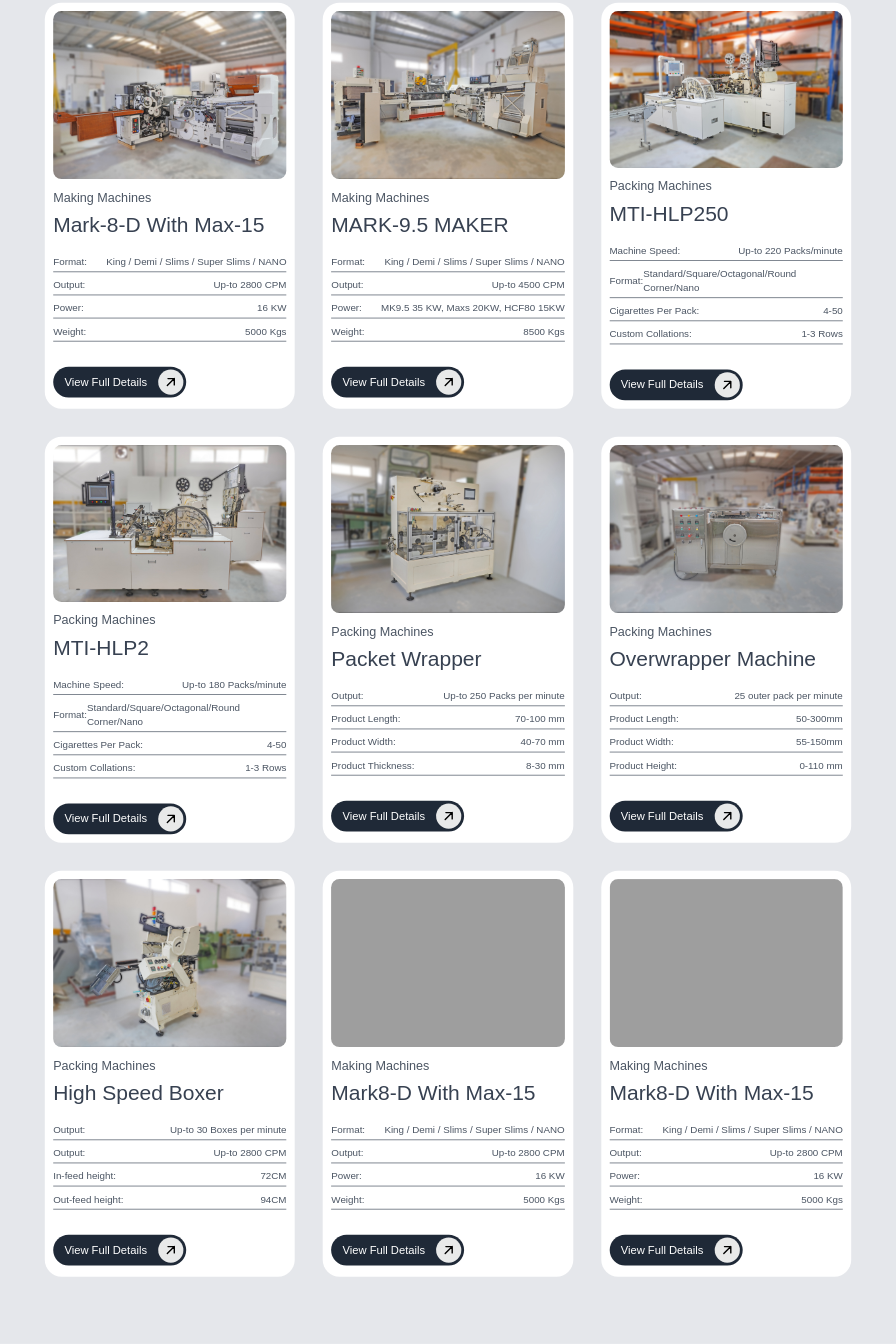
Repository: vespersolutionspk18/microtexwebsite
Page: /
An editor plug-in stored every save of this project. The page is shown before and after the next save, followed by the edit.
The browser window is 1280 px wide. The pictures show the part of the page from y = 2327 to 4247 px (the page is 4247 px tall), at 70% of full size.
Pictures or frames that could not be fetched are drawn as grey boxes. Some web fonts or font styles are not loaded; a fallback is used. The project was rebuilt for these pictures with package versions that can differ from the ones it lists, and the page was loaded fresh each time. The framework's server and built-in components were replaced by stand-ins that run in the browser. Also part of the build but not shown: next.config.mjs.

Above is the page before, as saved 2024-11-18 23:40:19.

### app/page.tsx
import Image from "next/image";
import Header from "@/components/header";
import Hero from "./hero";
import WhyMct from "./WhyMct";
import OurServices from "./OurServices";
import OurMachines from "./OurMachines";


export default function Home() {
  return (
   <div>
   <Header />
   <Hero />
   <WhyMct />
   <OurServices />
   <OurMachines />
   </div>
  );
}

### app/OurServices.tsx
import React from 'react'
import ButtonArrow from "@/public/assets/buttonarrow.svg";
import ButtonArrowwhite from "@/public/assets/buttonarrowwhite.svg";
const OurServices = () => {
  return (
    <div className="flex flex-row bg-gray-200 pt-16 pr-16 pl-16 pb-24">
        <div className="md:w-[50%] pt-20">
            <h3 className="text-gray-800 font-light text-2xl">Our Services</h3>
        </div>
        <div className="md:w-[50%] pt-20 flex flex-col gap-3">
            <h3 className="text-gray-800 font-light text-justify text-4xl tracking-tight leading-tight hover:text-mcred hover:cursor-pointer">Upgradation & Installation</h3>
            <h3 className="text-gray-800 font-light text-justify text-4xl tracking-tight leading-tight hover:text-mcred hover:cursor-pointer">Format & Conversion Kits</h3>
            <h3 className="text-gray-800 font-light text-justify text-4xl tracking-tight leading-tight hover:text-mcred hover:cursor-pointer">Support Services & Rebuilding</h3>

        </div>
    </div>
  )
}

export default OurServices

### app/OurMachines.tsx
import { Separator } from '@/components/ui/separator'
import React from 'react'
import ButtonArrow from "@/public/assets/buttonarrow.svg";

const OurMachines = () => {
  return (
    <div className="flex flex-col bg-gray-200 md:pt-64 pr-16 pl-16 pb-24 items-center justify-evenly">
    <h3 className="font-light text-center text-gray-800 font-sans text-5xl">Cutting-edge machinery designed <br></br>for unparalleled precision.</h3>
    <div className="flex flex-row mt-16 gap-10 items-center justify-evenly w-full">
    <div className="h-[580px] w-1/3 bg-white rounded-3xl flex flex-col p-3">
    <div className="rounded-[12px] h-[240px] bg-cover bg-center" style={{backgroundImage: `url('/assets/mark8.jpeg')`}}>

    </div>
    <h4 className=" text-lg text-gray-600 text-left pt-3">Making Machines</h4>
    <h3 className="text-3xl text-gray-700 text-left pt-2 pb-6">Mark-8-D With Max-15</h3>
    <div className="flex flex-row items-center justify-between ">
        <h5 className="text-gray-600 text-sm font">Format:</h5>
        <h5 className="text-gray-600 text-sm font-light"> King / Demi / Slims / Super Slims / NANO</h5>
    </div>
    <Separator className="bg-gray-600 mt-1 mb-2" />
    <div className="flex flex-row items-center justify-between ">
        <h5 className="text-gray-600 text-sm font">Output:</h5>
        <h5 className="text-gray-600 text-sm font-light">Up-to 2800 CPM</h5>
    </div>
    <Separator className="bg-gray-600 mt-1 mb-2" />
    <div className="flex flex-row items-center justify-between ">
        <h5 className="text-gray-600 text-sm font">Power:</h5>
        <h5 className="text-gray-600 text-sm font-light">16 KW</h5>
    </div>
    <Separator className="bg-gray-600 mt-1 mb-2" />
    <div className="flex flex-row items-center justify-between ">
        <h5 className="text-gray-600 text-sm font">Weight:</h5>
        <h5 className="text-gray-600 text-sm font-light">5000 Kgs</h5>
    </div>
    <Separator className="bg-gray-600 mt-1 mb-2" />
    <div id="button"
  className="group mt-7 bg-gray-800 h-[44px] flex-row  text-white text-[16px] py-1 px-1 font-light rounded-full hidden md:flex items-center justify-between w-[190px] transition-width duration-500 ease-in-out  hover:w-[215px] hover:bg-mcred"

>
  <div className="mx-3">View Full Details</div>
  <div className="bg-[#E8E9E9] rounded-full h-[36px] w-[36px] flex items-center justify-center transition-transform duration-500 ease-in-out group-hover:rotate-45">
    <ButtonArrow className="h-[24px] w-[24px]" />
  </div>
                </div>

    </div>
    <div className="h-[580px] w-1/3 bg-white rounded-3xl flex flex-col p-3">
    <div className="rounded-[12px] h-[240px] bg-cover bg-center" style={{backgroundImage: `url('/assets/mark9.jpeg')`}}>

    </div>
    <h4 className=" text-lg text-gray-600 text-left pt-3">Making Machines</h4>
    <h3 className="text-3xl text-gray-700 text-left pt-2 pb-6">MARK-9.5 MAKER</h3>
    <div className="flex flex-row items-center justify-between ">
        <h5 className="text-gray-600 text-sm font">Format:</h5>
        <h5 className="text-gray-600 text-sm font-light">King / Demi / Slims / Super Slims / NANO</h5>
    </div>
    <Separator className="bg-gray-600 mt-1 mb-2" />
    <div className="flex flex-row items-center justify-between ">
        <h5 className="text-gray-600 text-sm font">Output:</h5>
        <h5 className="text-gray-600 text-sm font-light">Up-to 4500 CPM</h5>
    </div>
    <Separator className="bg-gray-600 mt-1 mb-2" />
    <div className="flex flex-row items-center justify-between ">
        <h5 className="text-gray-600 text-sm font">Power:</h5>
        <h5 className="text-gray-600 text-sm font-light">MK9.5 35 KW, Maxs 20KW, HCF80 15KW</h5>
    </div>
    <Separator className="bg-gray-600 mt-1 mb-2" />
    <div className="flex flex-row items-center justify-between ">
        <h5 className="text-gray-600 text-sm font">Weight:</h5>
        <h5 className="text-gray-600 text-sm font-light">8500 Kgs</h5>
    </div>
    <Separator className="bg-gray-600 mt-1 mb-2" />
    <div id="button"
  className="group mt-7 bg-gray-800 h-[44px] flex-row  text-white text-[16px] py-1 px-1 font-light rounded-full hidden md:flex items-center justify-between w-[190px] transition-width duration-500 ease-in-out  hover:w-[215px] hover:bg-mcred"

>
  <div className="mx-3">View Full Details</div>
  <div className="bg-[#E8E9E9] rounded-full h-[36px] w-[36px] flex items-center justify-center transition-transform duration-500 ease-in-out group-hover:rotate-45">
    <ButtonArrow className="h-[24px] w-[24px]" />
  </div>
                </div>

    </div>
    <div className="h-[580px] w-1/3 bg-white rounded-3xl flex flex-col p-3">
    <div className="rounded-[12px] h-[240px] bg-cover bg-center" style={{backgroundImage: `url('/assets/hlp250.jpeg')`}}>

    </div>
    <h4 className=" text-lg text-gray-600 text-left pt-3">Packing Machines</h4>
    <h3 className="text-3xl text-gray-700 text-left pt-2 pb-6">MTI-HLP250</h3>
    <div className="flex flex-row items-center justify-between ">
        <h5 className="text-gray-600 text-sm font">Machine Speed:</h5>
        <h5 className="text-gray-600 text-sm font-light">Up-to 220 Packs/minute</h5>
    </div>
    <Separator className="bg-gray-600 mt-1 mb-2" />
    <div className="flex flex-row items-center justify-between ">
        <h5 className="text-gray-600 text-sm font">Format:</h5>
        <h5 className="text-gray-600 text-sm font-light">Standard/Square/Octagonal/Round Corner/Nano</h5>
    </div>
    <Separator className="bg-gray-600 mt-1 mb-2" />
    <div className="flex flex-row items-center justify-between ">
        <h5 className="text-gray-600 text-sm font">Cigarettes Per Pack:</h5>
        <h5 className="text-gray-600 text-sm font-light">4-50</h5>
    </div>
    <Separator className="bg-gray-600 mt-1 mb-2" />
    <div className="flex flex-row items-center justify-between ">
        <h5 className="text-gray-600 text-sm font">Custom Collations:</h5>
        <h5 className="text-gray-600 text-sm font-light">1-3 Rows</h5>
    </div>
    <Separator className="bg-gray-600 mt-1 mb-2" />
    <div id="button"
  className="group mt-7 bg-gray-800 h-[44px] flex-row  text-white text-[16px] py-1 px-1 font-light rounded-full hidden md:flex items-center justify-between w-[190px] transition-width duration-500 ease-in-out  hover:w-[215px] hover:bg-mcred"

>
  <div className="mx-3">View Full Details</div>
  <div className="bg-[#E8E9E9] rounded-full h-[36px] w-[36px] flex items-center justify-center transition-transform duration-500 ease-in-out group-hover:rotate-45">
    <ButtonArrow className="h-[24px] w-[24px]" />
  </div>
                </div>

    </div>
    </div>
    <div className="flex flex-row mt-10 gap-10 items-center justify-evenly w-full">
    <div className="h-[580px] w-1/3 bg-white rounded-3xl flex flex-col p-3">
    <div className="rounded-[12px] h-[240px] bg-cover bg-center" style={{backgroundImage: `url('/assets/hlp2.jpeg')`}}>

    </div>
    <h4 className=" text-lg text-gray-600 text-left pt-3">Packing Machines</h4>
    <h3 className="text-3xl text-gray-700 text-left pt-2 pb-6">MTI-HLP2</h3>
    <div className="flex flex-row items-center justify-between ">
        <h5 className="text-gray-600 text-sm font">Machine Speed:</h5>
        <h5 className="text-gray-600 text-sm font-light">Up-to 180 Packs/minute</h5>
    </div>
    <Separator className="bg-gray-600 mt-1 mb-2" />
    <div className="flex flex-row items-center justify-between ">
        <h5 className="text-gray-600 text-sm font">Format:</h5>
        <h5 className="text-gray-600 text-sm font-light">Standard/Square/Octagonal/Round Corner/Nano</h5>
    </div>
    <Separator className="bg-gray-600 mt-1 mb-2" />
    <div className="flex flex-row items-center justify-between ">
        <h5 className="text-gray-600 text-sm font">Cigarettes Per Pack:</h5>
        <h5 className="text-gray-600 text-sm font-light">4-50</h5>
    </div>
    <Separator className="bg-gray-600 mt-1 mb-2" />
    <div className="flex flex-row items-center justify-between ">
        <h5 className="text-gray-600 text-sm font">Custom Collations:</h5>
        <h5 className="text-gray-600 text-sm font-light">1-3 Rows</h5>
    </div>
    <Separator className="bg-gray-600 mt-1 mb-2" />
    <div id="button"
  className="group mt-7 bg-gray-800 h-[44px] flex-row  text-white text-[16px] py-1 px-1 font-light rounded-full hidden md:flex items-center justify-between w-[190px] transition-width duration-500 ease-in-out  hover:w-[215px] hover:bg-mcred"

>
  <div className="mx-3">View Full Details</div>
  <div className="bg-[#E8E9E9] rounded-full h-[36px] w-[36px] flex items-center justify-center transition-transform duration-500 ease-in-out group-hover:rotate-45">
    <ButtonArrow className="h-[24px] w-[24px]" />
  </div>
                </div>

    </div>
    <div className="h-[580px] w-1/3 bg-white rounded-3xl flex flex-col p-3">
    <div className="rounded-[12px] h-[240px] bg-cover bg-center" style={{backgroundImage: `url('/assets/packetwrapper.jpeg')`}}>

    </div>
    <h4 className=" text-lg text-gray-600 text-left pt-3">Packing Machines</h4>
    <h3 className="text-3xl text-gray-700 text-left pt-2 pb-6">Packet Wrapper</h3>
    <div className="flex flex-row items-center justify-between ">
        <h5 className="text-gray-600 text-sm font">Output:</h5>
        <h5 className="text-gray-600 text-sm font-light">Up-to 250 Packs per minute</h5>
    </div>
    <Separator className="bg-gray-600 mt-1 mb-2" />
    <div className="flex flex-row items-center justify-between ">
        <h5 className="text-gray-600 text-sm font">Product Length:</h5>
        <h5 className="text-gray-600 text-sm font-light">70-100 mm</h5>
    </div>
    <Separator className="bg-gray-600 mt-1 mb-2" />
    <div className="flex flex-row items-center justify-between ">
        <h5 className="text-gray-600 text-sm font">Product Width:</h5>
        <h5 className="text-gray-600 text-sm font-light">40-70 mm</h5>
    </div>
    <Separator className="bg-gray-600 mt-1 mb-2" />
    <div className="flex flex-row items-center justify-between ">
        <h5 className="text-gray-600 text-sm font">Product Thickness:</h5>
        <h5 className="text-gray-600 text-sm font-light">8-30 mm</h5>
    </div>
    <Separator className="bg-gray-600 mt-1 mb-2" />
    <div id="button"
  className="group mt-7 bg-gray-800 h-[44px] flex-row  text-white text-[16px] py-1 px-1 font-light rounded-full hidden md:flex items-center justify-between w-[190px] transition-width duration-500 ease-in-out  hover:w-[215px] hover:bg-mcred"

>
  <div className="mx-3">View Full Details</div>
  <div className="bg-[#E8E9E9] rounded-full h-[36px] w-[36px] flex items-center justify-center transition-transform duration-500 ease-in-out group-hover:rotate-45">
    <ButtonArrow className="h-[24px] w-[24px]" />
  </div>
                </div>

    </div>
    <div className="h-[580px] w-1/3 bg-white rounded-3xl flex flex-col p-3">
    <div className="rounded-[12px] h-[240px] bg-cover bg-center" style={{backgroundImage: `url('/assets/overwrapper.jpeg')`}}>

    </div>
    <h4 className=" text-lg text-gray-600 text-left pt-3">Packing Machines</h4>
    <h3 className="text-3xl text-gray-700 text-left pt-2 pb-6">Overwrapper Machine</h3>
    <div className="flex flex-row items-center justify-between ">
        <h5 className="text-gray-600 text-sm font">Output:</h5>
        <h5 className="text-gray-600 text-sm font-light">25 outer pack per minute</h5>
    </div>
    <Separator className="bg-gray-600 mt-1 mb-2" />
    <div className="flex flex-row items-center justify-between ">
        <h5 className="text-gray-600 text-sm font">Product Length:</h5>
        <h5 className="text-gray-600 text-sm font-light">50-300mm</h5>
    </div>
    <Separator className="bg-gray-600 mt-1 mb-2" />
    <div className="flex flex-row items-center justify-between ">
        <h5 className="text-gray-600 text-sm font">Product Width:</h5>
        <h5 className="text-gray-600 text-sm font-light">55-150mm</h5>
    </div>
    <Separator className="bg-gray-600 mt-1 mb-2" />
    <div className="flex flex-row items-center justify-between ">
        <h5 className="text-gray-600 text-sm font">Product Height:</h5>
        <h5 className="text-gray-600 text-sm font-light">0-110 mm</h5>
    </div>
    <Separator className="bg-gray-600 mt-1 mb-2" />
    <div id="button"
  className="group mt-7 bg-gray-800 h-[44px] flex-row  text-white text-[16px] py-1 px-1 font-light rounded-full hidden md:flex items-center justify-between w-[190px] transition-width duration-500 ease-in-out  hover:w-[215px] hover:bg-mcred"

>
  <div className="mx-3">View Full Details</div>
  <div className="bg-[#E8E9E9] rounded-full h-[36px] w-[36px] flex items-center justify-center transition-transform duration-500 ease-in-out group-hover:rotate-45">
    <ButtonArrow className="h-[24px] w-[24px]" />
  </div>
                </div>

    </div>
    </div>
    <div className="flex flex-row mt-10 gap-10 items-center justify-evenly w-full">
    <div className="h-[580px] w-1/3 bg-white rounded-3xl flex flex-col p-3">
    <div className="rounded-[12px] h-[240px] bg-cover bg-center" style={{backgroundImage: `url('/assets/boxer.jpeg')`}}>

    </div>
    <h4 className=" text-lg text-gray-600 text-left pt-3">Packing Machines</h4>
    <h3 className="text-3xl text-gray-700 text-left pt-2 pb-6">High Speed Boxer</h3>
    <div className="flex flex-row items-center justify-between ">
        <h5 className="text-gray-600 text-sm font">Output:</h5>
        <h5 className="text-gray-600 text-sm font-light">Up-to 30 Boxes per minute</h5>
    </div>
    <Separator className="bg-gray-600 mt-1 mb-2" />
    <div className="flex flex-row items-center justify-between ">
        <h5 className="text-gray-600 text-sm font">Output:</h5>
        <h5 className="text-gray-600 text-sm font-light">Up-to 2800 CPM</h5>
    </div>
    <Separator className="bg-gray-600 mt-1 mb-2" />
    <div className="flex flex-row items-center justify-between ">
        <h5 className="text-gray-600 text-sm font">In-feed height:</h5>
        <h5 className="text-gray-600 text-sm font-light">72CM</h5>
    </div>
    <Separator className="bg-gray-600 mt-1 mb-2" />
    <div className="flex flex-row items-center justify-between ">
        <h5 className="text-gray-600 text-sm font">Out-feed height:</h5>
        <h5 className="text-gray-600 text-sm font-light">94CM</h5>
    </div>
    <Separator className="bg-gray-600 mt-1 mb-2" />
    <div id="button"
  className="group mt-7 bg-gray-800 h-[44px] flex-row  text-white text-[16px] py-1 px-1 font-light rounded-full hidden md:flex items-center justify-between w-[190px] transition-width duration-500 ease-in-out  hover:w-[215px] hover:bg-mcred"

>
  <div className="mx-3">View Full Details</div>
  <div className="bg-[#E8E9E9] rounded-full h-[36px] w-[36px] flex items-center justify-center transition-transform duration-500 ease-in-out group-hover:rotate-45">
    <ButtonArrow className="h-[24px] w-[24px]" />
  </div>
                </div>

    </div>
    <div className="h-[580px] w-1/3 bg-white rounded-3xl flex flex-col p-3">
    <div className="rounded-[12px] h-[240px] bg-cover bg-center" style={{backgroundImage: `url('/assets/hero.jpg')`}}>

    </div>
    <h4 className=" text-lg text-gray-600 text-left pt-3">Making Machines</h4>
    <h3 className="text-3xl text-gray-700 text-left pt-2 pb-6">Mark8-D With Max-15</h3>
    <div className="flex flex-row items-center justify-between ">
        <h5 className="text-gray-600 text-sm font">Format:</h5>
        <h5 className="text-gray-600 text-sm font-light"> King / Demi / Slims / Super Slims / NANO</h5>
    </div>
    <Separator className="bg-gray-600 mt-1 mb-2" />
    <div className="flex flex-row items-center justify-between ">
        <h5 className="text-gray-600 text-sm font">Output:</h5>
        <h5 className="text-gray-600 text-sm font-light">Up-to 2800 CPM</h5>
    </div>
    <Separator className="bg-gray-600 mt-1 mb-2" />
    <div className="flex flex-row items-center justify-between ">
        <h5 className="text-gray-600 text-sm font">Power:</h5>
        <h5 className="text-gray-600 text-sm font-light">16 KW</h5>
    </div>
    <Separator className="bg-gray-600 mt-1 mb-2" />
    <div className="flex flex-row items-center justify-between ">
        <h5 className="text-gray-600 text-sm font">Weight:</h5>
        <h5 className="text-gray-600 text-sm font-light">5000 Kgs</h5>
    </div>
    <Separator className="bg-gray-600 mt-1 mb-2" />
    <div id="button"
  className="group mt-7 bg-gray-800 h-[44px] flex-row  text-white text-[16px] py-1 px-1 font-light rounded-full hidden md:flex items-center justify-between w-[190px] transition-width duration-500 ease-in-out  hover:w-[215px] hover:bg-mcred"

>
  <div className="mx-3">View Full Details</div>
  <div className="bg-[#E8E9E9] rounded-full h-[36px] w-[36px] flex items-center justify-center transition-transform duration-500 ease-in-out group-hover:rotate-45">
    <ButtonArrow className="h-[24px] w-[24px]" />
  </div>
                </div>

    </div>
    <div className="h-[580px] w-1/3 bg-white rounded-3xl flex flex-col p-3">
    <div className="rounded-[12px] h-[240px] bg-cover bg-center" style={{backgroundImage: `url('/assets/hero.jpg')`}}>

    </div>
    <h4 className=" text-lg text-gray-600 text-left pt-3">Making Machines</h4>
    <h3 className="text-3xl text-gray-700 text-left pt-2 pb-6">Mark8-D With Max-15</h3>
    <div className="flex flex-row items-center justify-between ">
        <h5 className="text-gray-600 text-sm font">Format:</h5>
        <h5 className="text-gray-600 text-sm font-light"> King / Demi / Slims / Super Slims / NANO</h5>
    </div>
    <Separator className="bg-gray-600 mt-1 mb-2" />
    <div className="flex flex-row items-center justify-between ">
        <h5 className="text-gray-600 text-sm font">Output:</h5>
        <h5 className="text-gray-600 text-sm font-light">Up-to 2800 CPM</h5>
    </div>
    <Separator className="bg-gray-600 mt-1 mb-2" />
    <div className="flex flex-row items-center justify-between ">
        <h5 className="text-gray-600 text-sm font">Power:</h5>
        <h5 className="text-gray-600 text-sm font-light">16 KW</h5>
    </div>
    <Separator className="bg-gray-600 mt-1 mb-2" />
    <div className="flex flex-row items-center justify-between ">
        <h5 className="text-gray-600 text-sm font">Weight:</h5>
        <h5 className="text-gray-600 text-sm font-light">5000 Kgs</h5>
    </div>
    <Separator className="bg-gray-600 mt-1 mb-2" />
    <div id="button"
  className="group mt-7 bg-gray-800 h-[44px] flex-row  text-white text-[16px] py-1 px-1 font-light rounded-full hidden md:flex items-center justify-between w-[190px] transition-width duration-500 ease-in-out  hover:w-[215px] hover:bg-mcred"

>
  <div className="mx-3">View Full Details</div>
  <div className="bg-[#E8E9E9] rounded-full h-[36px] w-[36px] flex items-center justify-center transition-transform duration-500 ease-in-out group-hover:rotate-45">
    <ButtonArrow className="h-[24px] w-[24px]" />
  </div>
                </div>

    </div>
    </div>
    </div>
  )
}

export default OurMachines

### components/ui/separator.tsx
"use client"

import * as React from "react"
import * as SeparatorPrimitive from "@radix-ui/react-separator"

import { cn } from "@/lib/utils"

const Separator = React.forwardRef<
  React.ElementRef<typeof SeparatorPrimitive.Root>,
  React.ComponentPropsWithoutRef<typeof SeparatorPrimitive.Root>
>(
  (
    { className, orientation = "horizontal", decorative = true, ...props },
    ref
  ) => (
    <SeparatorPrimitive.Root
      ref={ref}
      decorative={decorative}
      orientation={orientation}
      className={cn(
        "shrink-0 bg-border",
        orientation === "horizontal" ? "h-[1px] w-full" : "h-full w-[1px]",
        className
      )}
      {...props}
    />
  )
)
Separator.displayName = SeparatorPrimitive.Root.displayName

export { Separator }

Loaded but not shown: app/layout.tsx (common file); lib/utils.ts (common file); app/globals.css (179 lines, source omitted); app/WhyMct.tsx (41 lines, source omitted); tailwind.config.ts (71 lines, source omitted); app/hero.tsx (31 lines, source omitted); components/header.tsx (31 lines, source omitted)

After the next save:
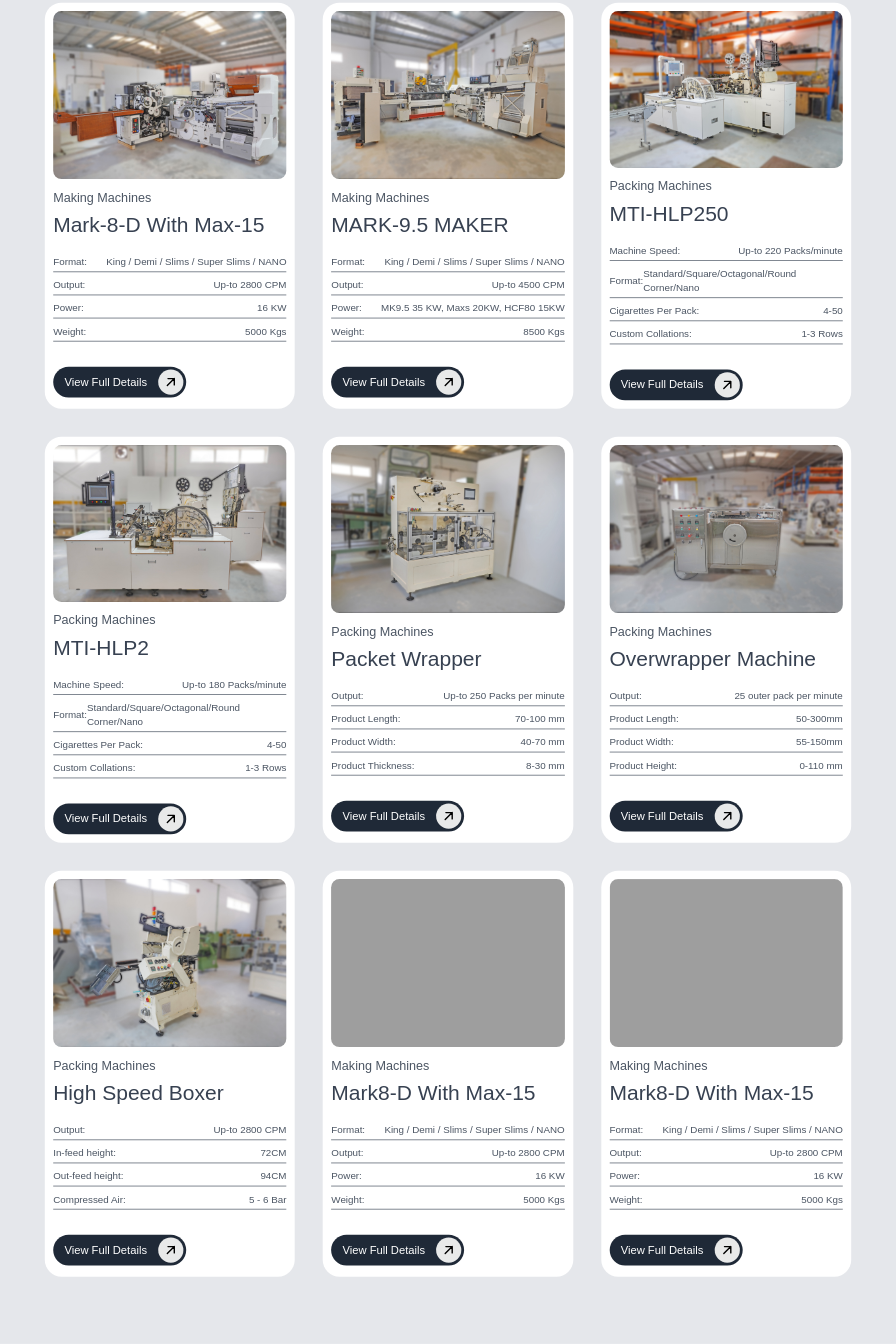
Saved 31 s later.
--- a/app/OurMachines.tsx
+++ b/app/OurMachines.tsx
@@ -239,11 +239,7 @@ const OurMachines = () => {
     </div>
     <h4 className=" text-lg text-gray-600 text-left pt-3">Packing Machines</h4>
     <h3 className="text-3xl text-gray-700 text-left pt-2 pb-6">High Speed Boxer</h3>
-    <div className="flex flex-row items-center justify-between ">
-        <h5 className="text-gray-600 text-sm font">Output:</h5>
-        <h5 className="text-gray-600 text-sm font-light">Up-to 30 Boxes per minute</h5>
-    </div>
-    <Separator className="bg-gray-600 mt-1 mb-2" />
+
     <div className="flex flex-row items-center justify-between ">
         <h5 className="text-gray-600 text-sm font">Output:</h5>
         <h5 className="text-gray-600 text-sm font-light">Up-to 2800 CPM</h5>
@@ -259,6 +255,11 @@ const OurMachines = () => {
         <h5 className="text-gray-600 text-sm font-light">94CM</h5>
     </div>
     <Separator className="bg-gray-600 mt-1 mb-2" />
+    <div className="flex flex-row items-center justify-between ">
+        <h5 className="text-gray-600 text-sm font">Compressed Air:</h5>
+        <h5 className="text-gray-600 text-sm font-light"> 5 - 6 Bar</h5>
+    </div>
+    <Separator className="bg-gray-600 mt-1 mb-2" />
     <div id="button"
   className="group mt-7 bg-gray-800 h-[44px] flex-row  text-white text-[16px] py-1 px-1 font-light rounded-full hidden md:flex items-center justify-between w-[190px] transition-width duration-500 ease-in-out  hover:w-[215px] hover:bg-mcred"
 
